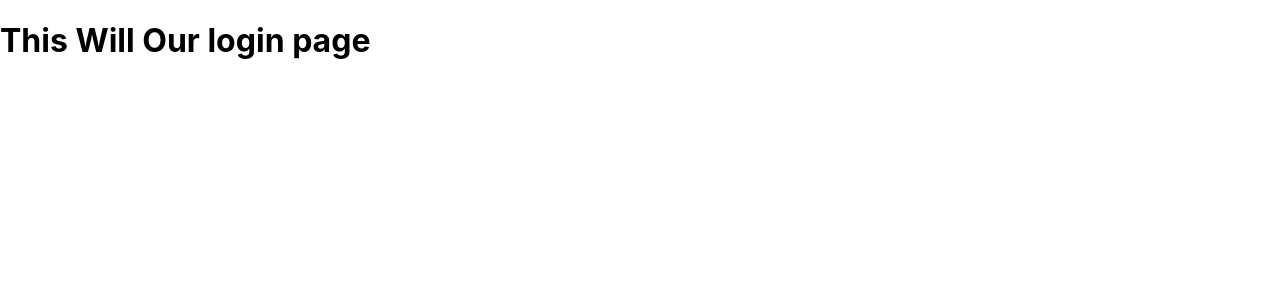
Repository: Qu4ntumGuy/just-text
Page: /Login
These files come from the project's save history. The page is drawn as it stood at one moment and after a run of saves; the edit follows.
The browser window is 1280 px wide. The pictures show the whole page.
The project was rebuilt for these pictures with package versions that can differ from the ones it lists, and the page was loaded fresh each time. The framework's server and built-in components were replaced by stand-ins that run in the browser. Also part of the build but not shown: next.config.js.

Above is the page before, as saved 2022-08-14 15:44:54.

### pages/_app.js
import "../styles/globals.css";
import { useAuthState } from "react-firebase-hooks/auth";
import { auth, db } from "../firebase";
import Login from "./Login";

function MyApp({ Component, pageProps }) {
  const [user] = useAuthState(auth);
  if (!user) return <Login />;
  return <Component {...pageProps} />;
}
export default MyApp;

### pages/Login.js
import React from 'react'

function Login() {
  return (
    <div>
      <h1>This Will Our login page</h1>
    </div>
  )
}

export default Login

### firebase.js
import { initializeApp } from "firebase/app";
import { getAuth } from "firebase/auth";
import { getFirestore } from "firebase/firestore";

const firebaseConfig = {
  apiKey: "AIzaSyC4i5YoaWPwhODEKUOJPkoXjXFvdYFt0KU",
  authDomain: "chit-chat-7de6e.firebaseapp.com",
  projectId: "chit-chat-7de6e",
  storageBucket: "chit-chat-7de6e.appspot.com",
  messagingSenderId: "1092967318859",
  appId: "1:1092967318859:web:5f61fecf9f38f22edf14ce",
};

const app = initializeApp(firebaseConfig)

const db = getFirestore(app);
const auth = getAuth(app);
const provider = auth.GoogleAuthProvider;

export { db, auth, provider };

Loaded but not shown: styles/globals.css (common file)

After the next 3 saves:
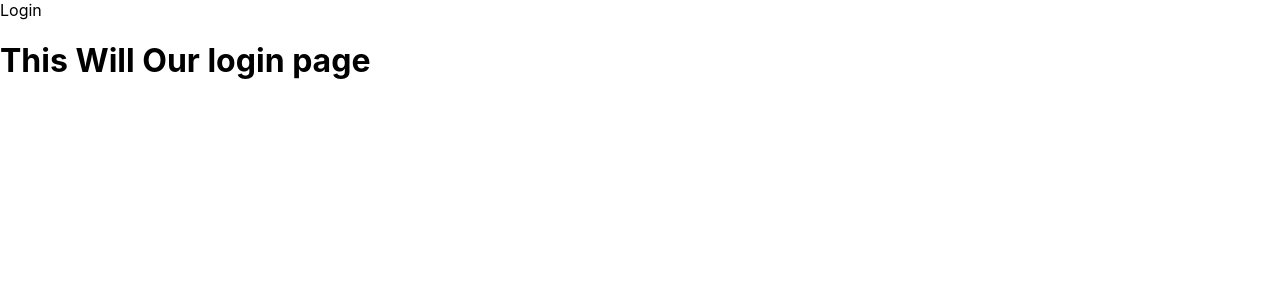
The 3 saves are shown as one change because 2 did not build or start.
The last was saved 81 s later.
--- a/pages/Login.js
+++ b/pages/Login.js
@@ -1,11 +1,15 @@
 import React from 'react'
+import styled from 'styled-components';
 
 function Login() {
   return (
-    <div>
+    <Container>
+        <header>Login</header>
       <h1>This Will Our login page</h1>
-    </div>
+    </Container>
   )
 }
 
 export default Login
+
+const Container = styled.div``;

After the save that followed:
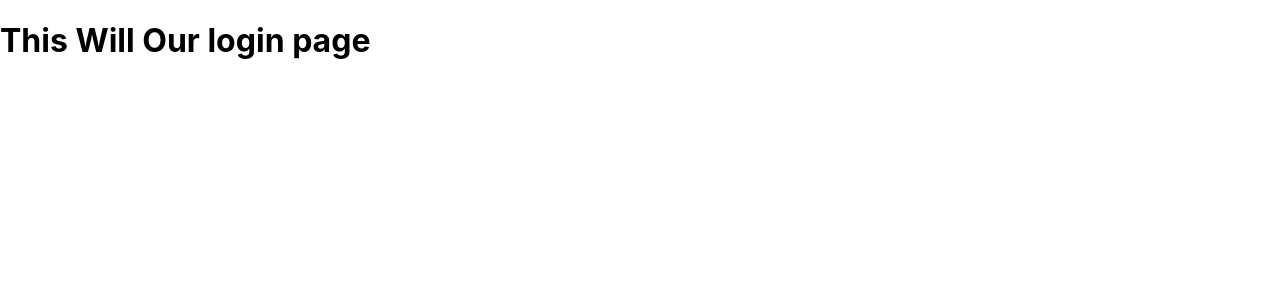
Saved 14 s later.
--- a/pages/Login.js
+++ b/pages/Login.js
@@ -4,7 +4,9 @@
 function Login() {
   return (
     <Container>
-        <header>Login</header>
+        <head>
+            Login
+        </head>
       <h1>This Will Our login page</h1>
     </Container>
   )
